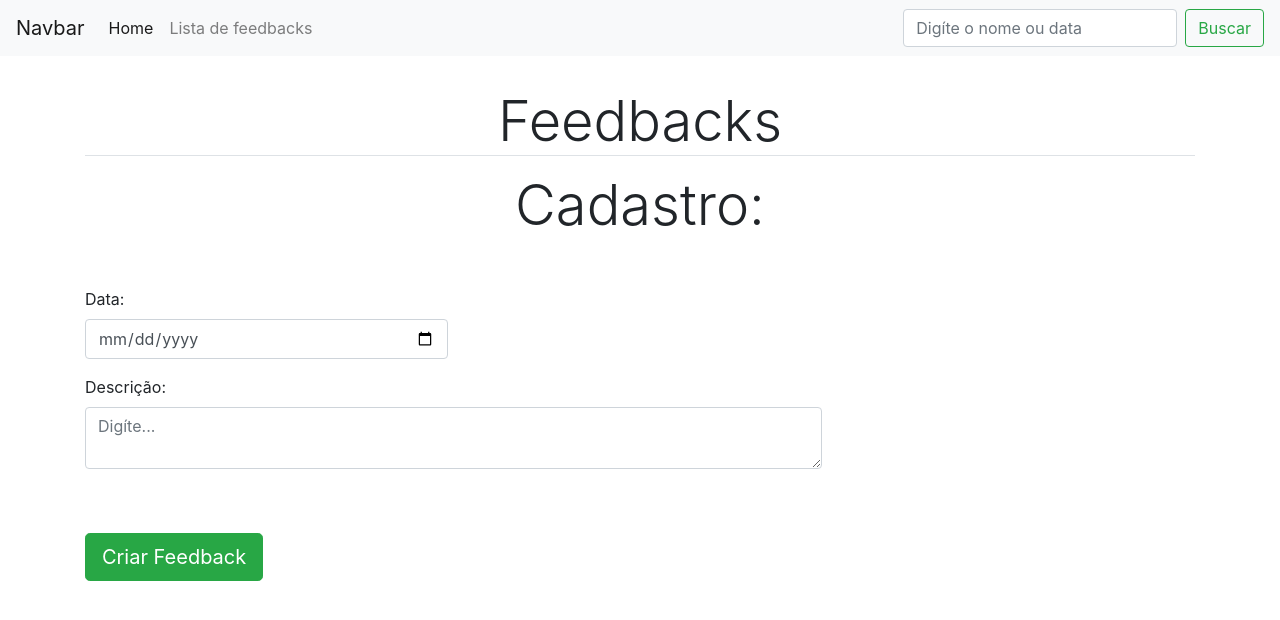
Repository: JulioSantooz/maisViagensSegundaVersao
Page: java-web(eclipse)/java-crud-mais-viagens/src/main/webapp/descricao.html
An editor plug-in stored every save of this project. The page is shown before and after the next save, followed by the edit.
The browser window is 1280 px wide. The pictures show the whole page.
Some web libraries are served in a nearby version.

Above is the page before, as saved 2022-02-06 15:19:05.

After the next save:
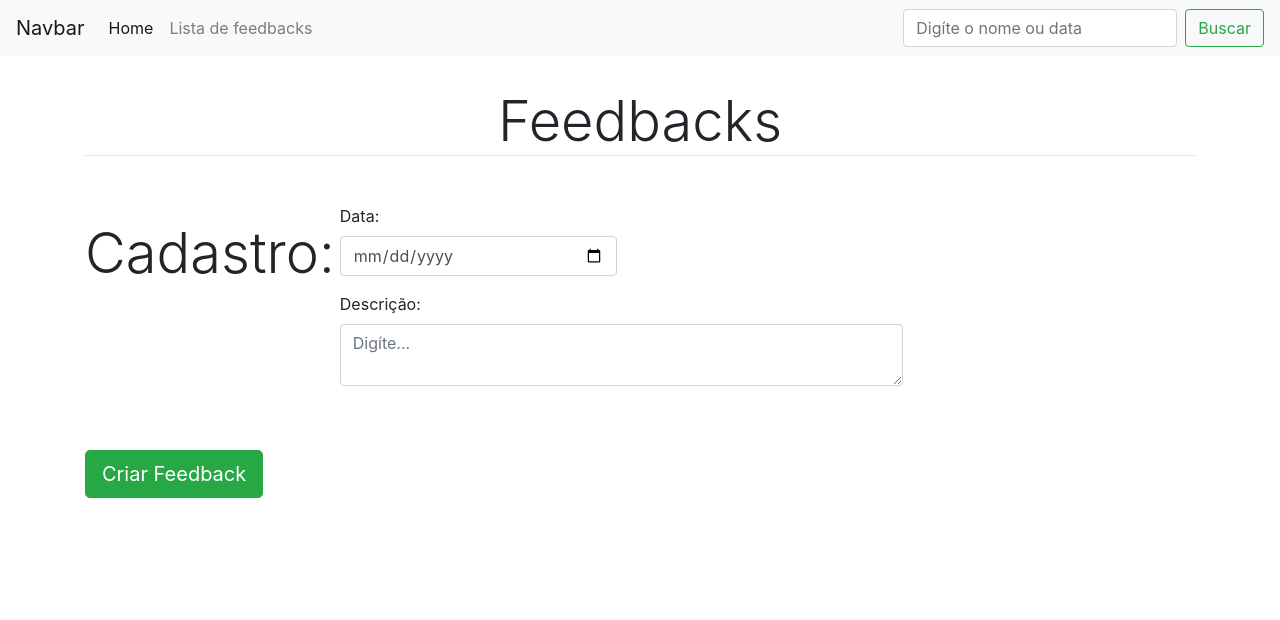
Saved 20 s later.
--- a/java-web(eclipse)/java-crud-mais-viagens/src/main/webapp/descricao.html
+++ b/java-web(eclipse)/java-crud-mais-viagens/src/main/webapp/descricao.html
@@ -33,7 +33,7 @@
 	<div class="row">
 		<div class="col-12">
 			<h1 class="display-4 my-3 border-bottom">Feedbacks</h1>
-			<h1 class="display-4">Cadastro:</h1>
+			<h1 class="display-4 mt-5 float-left">Cadastro:</h1>
 			<form action="CreateAndFind" method="POST">
                 <div class="form-row mt-5 d-flex flex-column">
                     <div class="form-group col-4">
